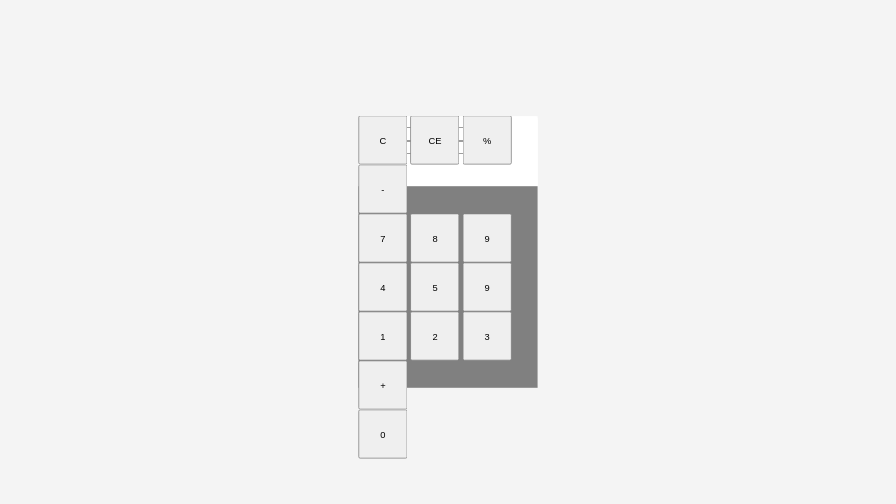
Repository: DNature/calc
Page: index.html
The author's editor kept a copy of each file at every save. The page is drawn from the files as they stood at one save, then again after the next save.
The browser window is 1280 px wide. The pictures show the part of the page from y = 0 to 1920 px (the page is 720 px tall before and 3002 px after), at 70% of full size.

Above is the page before, as saved 2019-11-20 23:42:11.

After the next save:
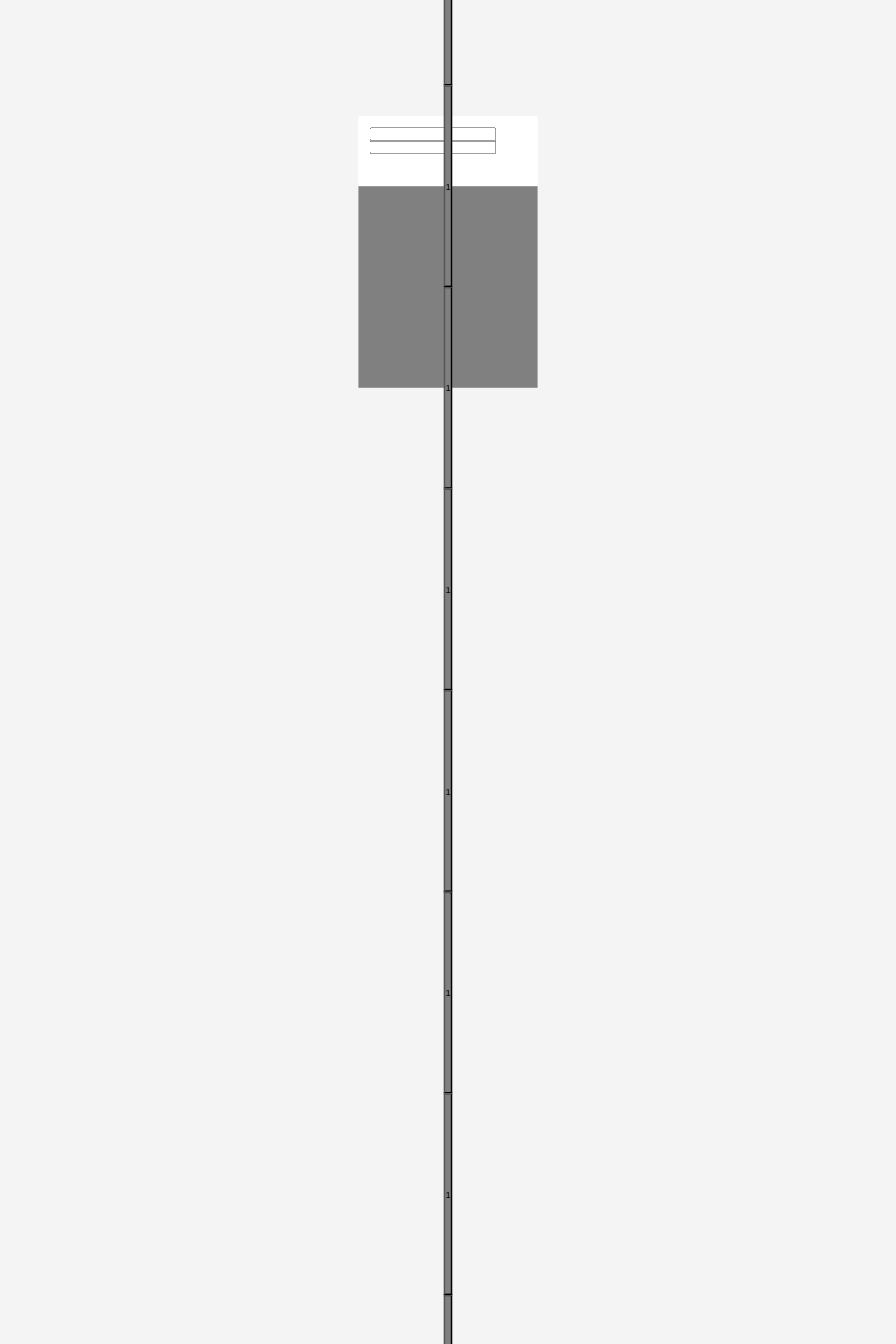
Saved 6 min 23 s later.
--- a/index.html
+++ b/index.html
@@ -15,31 +15,24 @@
       </div>
 
       <div class="inputs">
-        <div class="row">
-          <button id="" class="button">C</button>
-          <button id="" class="button">CE</button>
-          <button id="" class="button">%</button>
-          <button id="" class="button">-</button>
-        </div>
-        <div class="row">
-          <button id="" class="button">7</button>
-          <button id="" class="button">8</button>
-          <button id="" class="button">9</button>
-        </div>
-        <div class="row">
-          <button id="" class="button">4</button>
-          <button id="" class="button">5</button>
-          <button id="" class="button">9</button>
-        </div>
-        <div class="row">
-          <button id="" class="button">1</button>
-          <button id="" class="button">2</button>
-          <button id="" class="button">3</button>
-          <button id="" class="button plus">+</button>
-        </div>
-        <div class="row">
-          <button id="" class="button">0</button>
-        </div>
+        <button class="inputs">1</button>
+        <button class="inputs">1</button>
+        <button class="inputs">1</button>
+        <button class="inputs">1</button>
+        <button class="inputs">1</button>
+        <button class="inputs">1</button>
+        <button class="inputs">1</button>
+        <button class="inputs">1</button>
+        <button class="inputs">1</button>
+        <button class="inputs">1</button>
+        <button class="inputs">1</button>
+        <button class="inputs">1</button>
+        <button class="inputs">1</button>
+        <button class="inputs">1</button>
+        <button class="inputs">1</button>
+        <button class="inputs">1</button>
+        <button class="inputs">1</button>
+        <button class="inputs">1</button>
       </div>
     </div>
     <script src="./js/index.js"></script>
